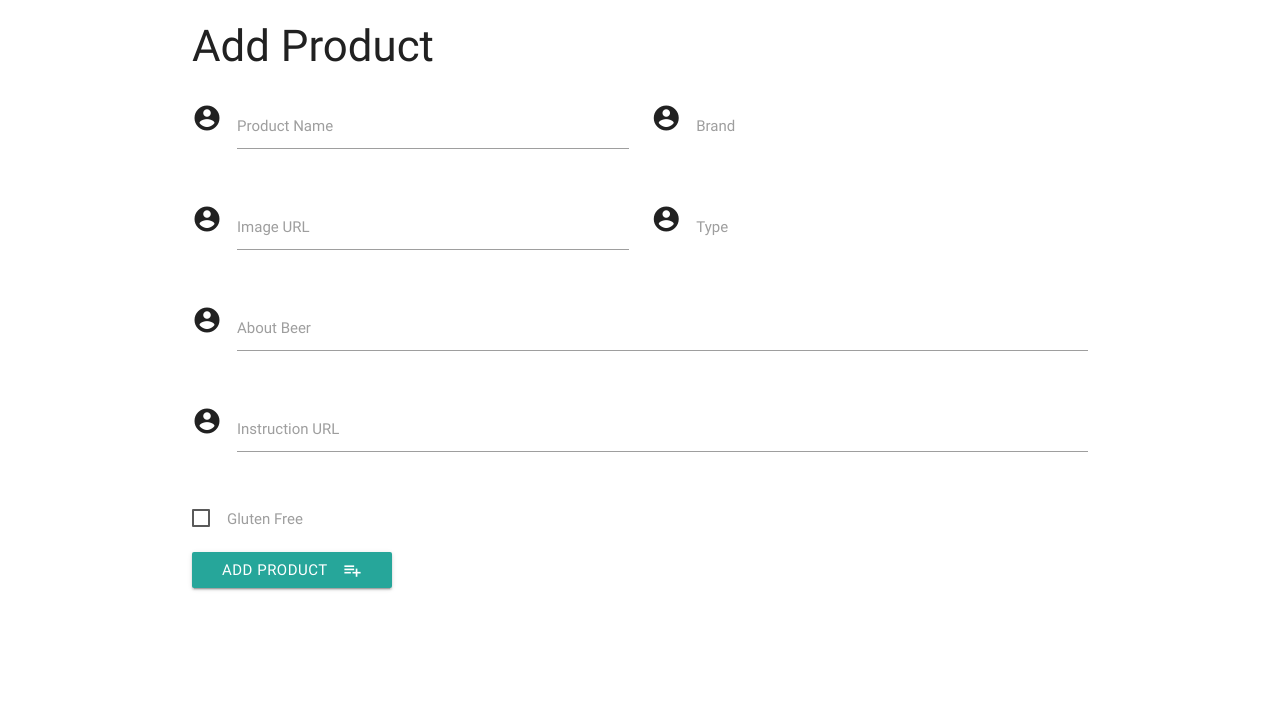
Repository: Leon2ev/lazy-brew
Page: http://localhost/add_product
The author's editor kept a record of every edit. The page is drawn from the files as they stood at one moment, then again after the next edit.
The browser window is 1280 px wide. The pictures show the whole page.
Some web libraries are served in a nearby version. The page is served by the project's application, run on Flask 3 (app.py). Queries for data that is not in the repository find no rows.

Above is the page before.

After the next edit:
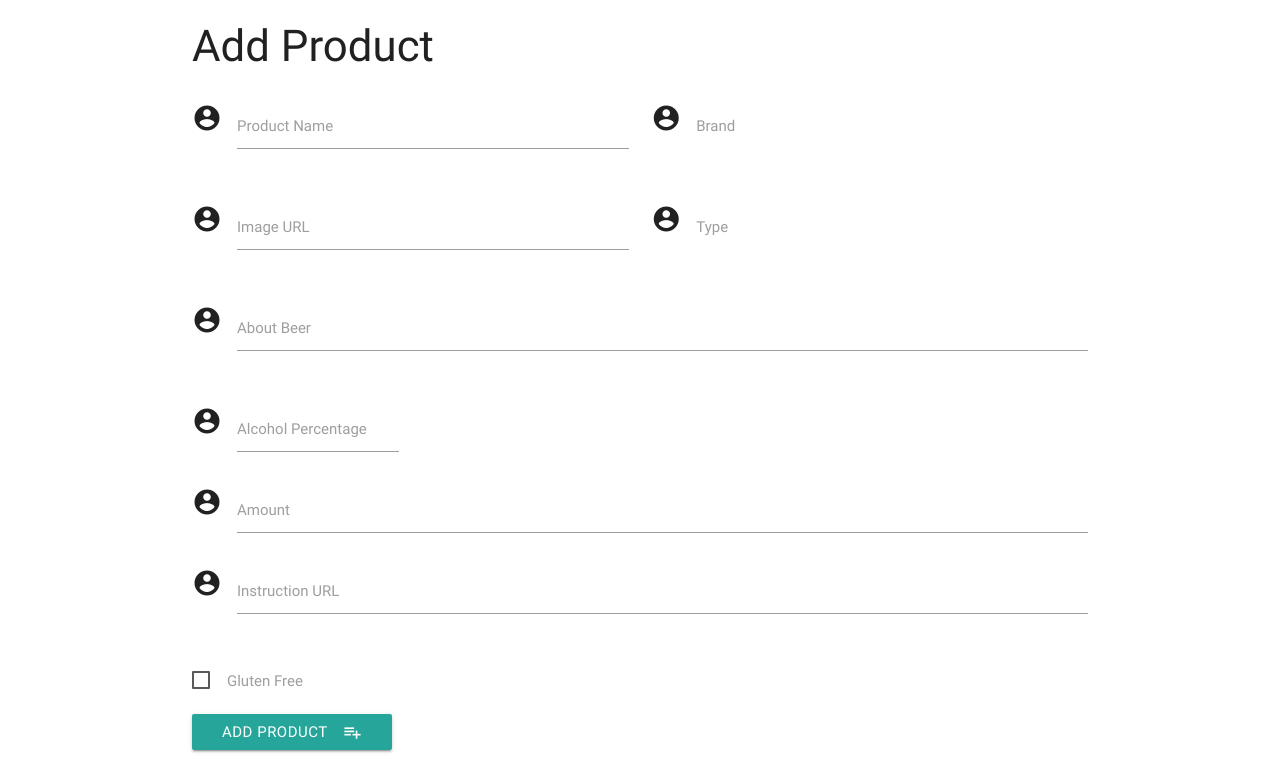
The edit:
--- a/templates/addproduct.html
+++ b/templates/addproduct.html
@@ -46,6 +46,16 @@
                         </div>
                     </div>
                     <div class="row">
+                        <div class="input-field col s12 l3">
+                            <i class="material-icons prefix">account_circle</i>
+                            <input id="abv" name="abv" type="text" class="validate">
+                            <label for="icon_prefix">Alcohol Percentage</label>
+                        </div>
+                        <div class="input-field col s12">
+                            <i class="material-icons prefix">account_circle</i>
+                            <input id="amount" name="amount" type="text" class="validate">
+                            <label for="icon_prefix">Amount</label>
+                        </div>
                         <div class="input-field col s12">
                             <i class="material-icons prefix">account_circle</i>
                             <input id="instruction" name="instruction" type="text" class="validate">
